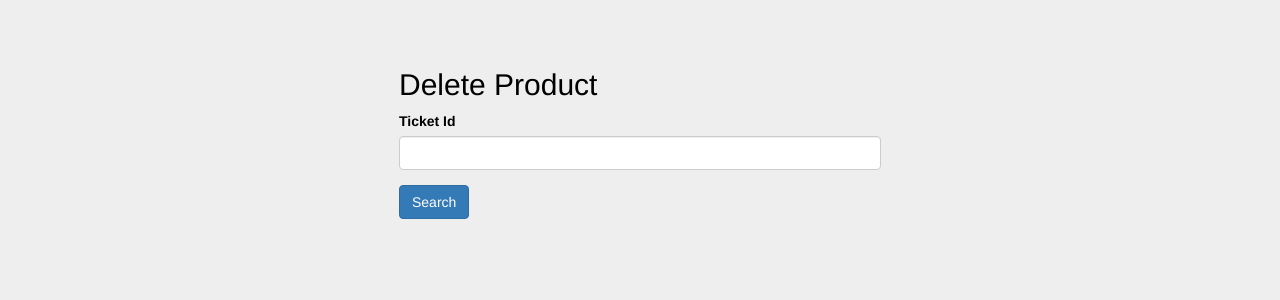
Repository: krutishilp/Sample
Page: http://localhost/productmanagement-webapp/deleteProduct.jsp
These files come from the project's save history. The page is drawn as it stood at one moment and after the next save; the edit follows.
The browser window is 1280 px wide. The pictures show the whole page.
The page is served by Tomcat 9. Other server files are loaded and not shown.

Above is the page before, as saved 2020-09-04 13:43:47.

### JAVA-Eclipse-workspace/productmanagement-webapp/src/main/webapp/deleteProduct.jsp
<!DOCTYPE html>
<html>
<head>
<meta charset="ISO-8859-1">
<title>Search an Ticket</title>
<link rel="stylesheet"
	href="https://maxcdn.bootstrapcdn.com/bootstrap/3.3.7/css/bootstrap.min.css"
	integrity="sha384-BVYiiSIFeK1dGmJRAkycuHAHRg32OmUcww7on3RYdg4Va+PmSTsz/K68vbdEjh4u"
	crossorigin="anonymous">
<style type="text/css">
.container {
	width: 40%;
	align-items: center;
}
</style>
</head>
<body  class="jumbotron">
		<div class="container">
		<div>
		<h2>Delete Product</h2>
		</div>
			<form action="deleteProduct" method="post">
				<div class="form-group">
					<label for="productid">Ticket Id</label> <input type="text"
						class="form-control" id="ticketid" placeholder="" name="ticketId" required="required">
				</div>
				<div class="form-group">
					<input type="submit" class="btn btn-primary"
						placeholder=""  value="Search">
				</div>

			</form>
		</div>
</body>
</html>

After the next save:
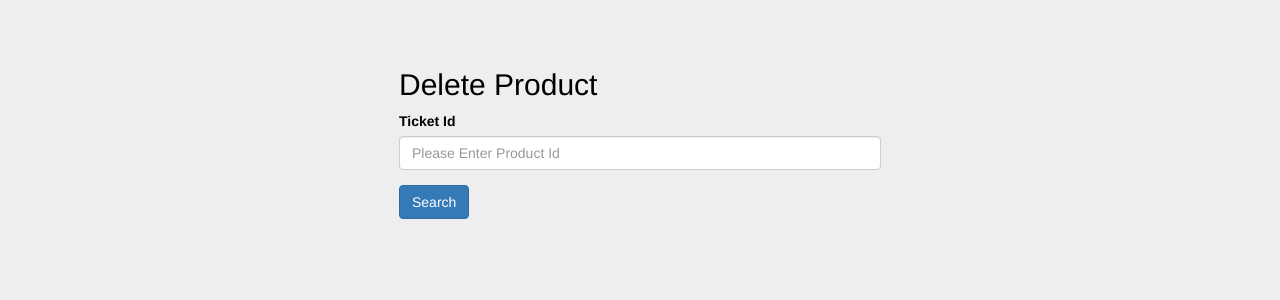
Saved 32 s later.
--- a/JAVA-Eclipse-workspace/productmanagement-webapp/src/main/webapp/deleteProduct.jsp
+++ b/JAVA-Eclipse-workspace/productmanagement-webapp/src/main/webapp/deleteProduct.jsp
@@ -22,7 +22,7 @@
 			<form action="deleteProduct" method="post">
 				<div class="form-group">
 					<label for="productid">Ticket Id</label> <input type="text"
-						class="form-control" id="ticketid" placeholder="" name="ticketId" required="required">
+						class="form-control" id="productid" placeholder="Please Enter Product Id" name="productId" required="required">
 				</div>
 				<div class="form-group">
 					<input type="submit" class="btn btn-primary"
